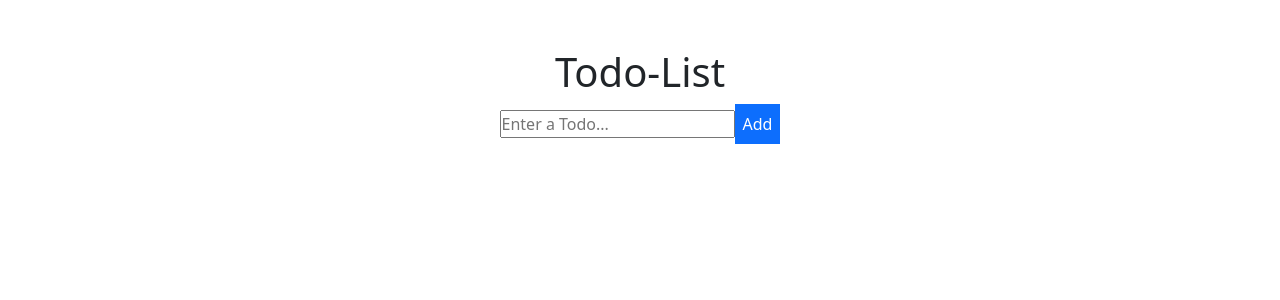
Repository: kieuduc123/Todo-List
Page: /
The author's editor kept a copy of each file at every save. The page is drawn from the files as they stood at one save, then again after the next save.
The browser window is 1280 px wide. The pictures show the whole page.
The project was rebuilt for these pictures with package versions that can differ from the ones it lists, and the page was loaded fresh each time.

Above is the page before, as saved 2024-02-14 20:07:52.

After the next save:
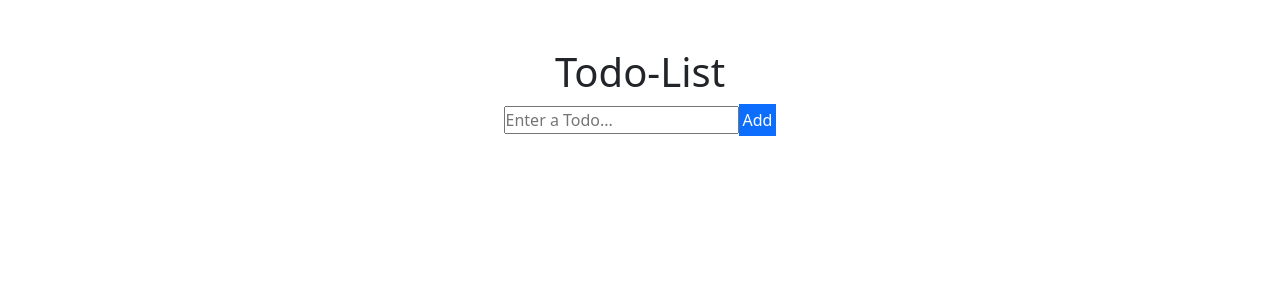
Saved 4 s later.
--- a/src/components/Form.js
+++ b/src/components/Form.js
@@ -49,7 +49,7 @@ const Form = ({ input, setInput, todos, setTodos, editTodo, setEditTodo }) => {
             />
             <button
                 type="submit"
-                className=" bg-primary text-white border-0 p-2"
+                className=" bg-primary text-white border-0 p-1"
             >
                 {editTodo ? "OK" : " Add"}
             </button>
